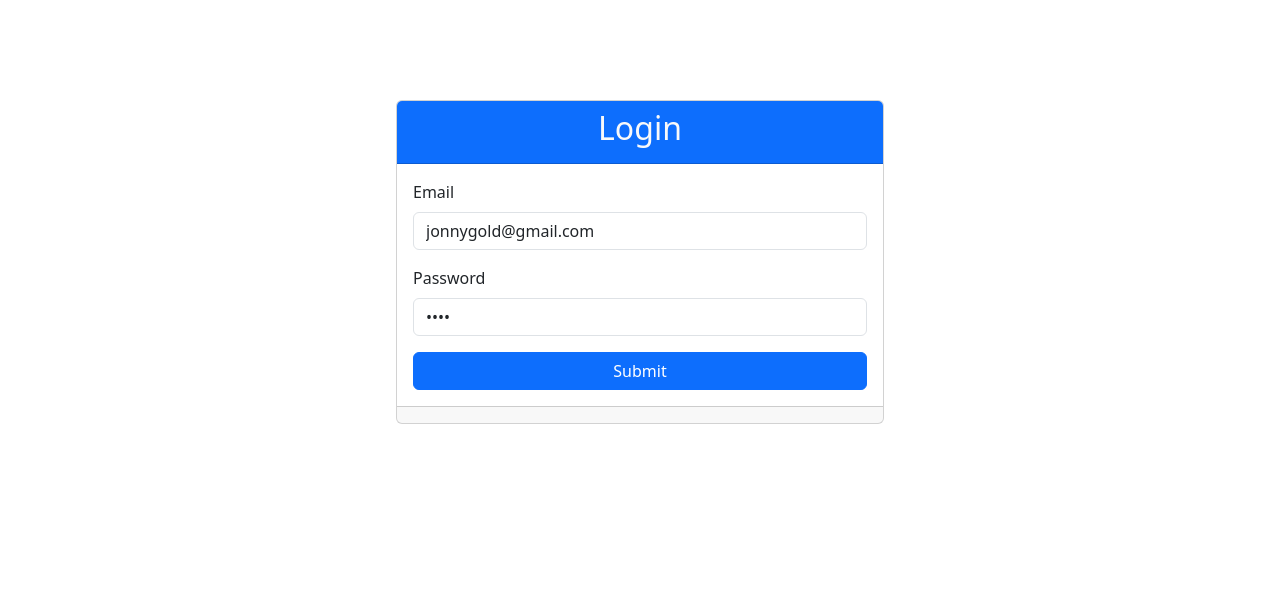
Repository: trider/react-task-manager
Page: /
An editor plug-in stored every save of this project. The page is shown before and after the next save, followed by the edit.
The browser window is 1280 px wide. The pictures show the whole page.
The project was rebuilt for these pictures with package versions that can differ from the ones it lists, and the page was loaded fresh each time. Also part of the build but not shown: src/App.css, src/components/Navigation.js, src/data/_Tasks.js, src/data/_Cols.js, src/pages/Task.js.

Above is the page before, as saved 2024-05-07 17:57:05.

After the next save:
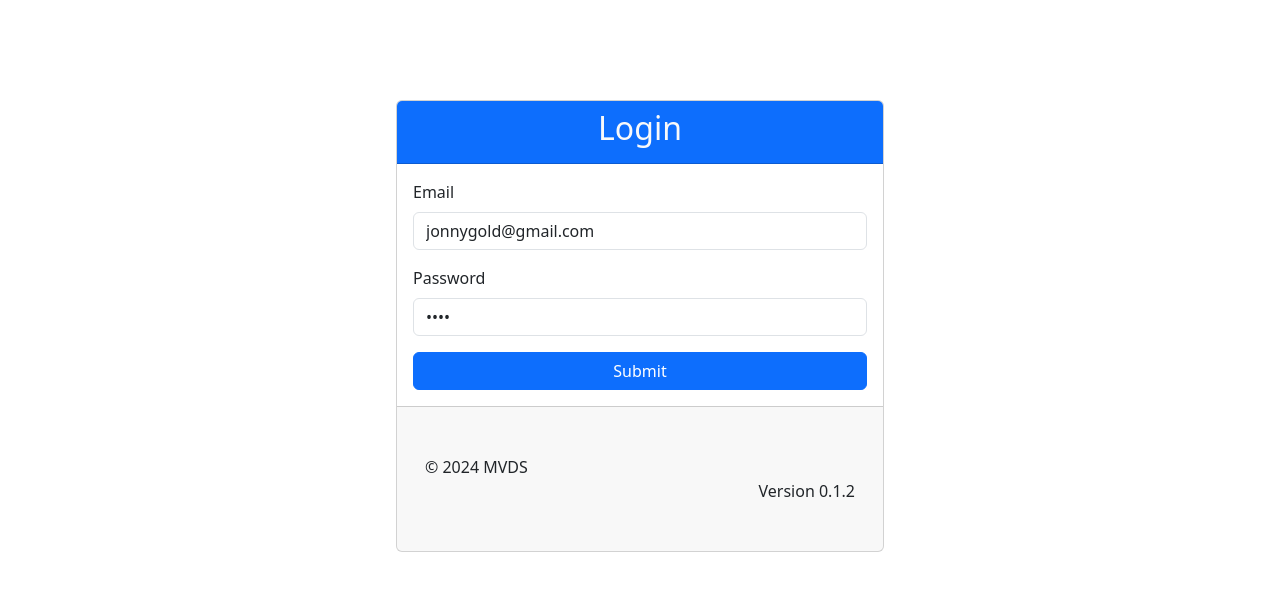
Saved 17 s later.
--- a/src/pages/Login.js
+++ b/src/pages/Login.js
@@ -80,7 +80,9 @@ const LoginForm = () => {
             <FormBody />
 
           </Card.Body>
-         <Card.Footer></Card.Footer>
+         <Card.Footer>
+          <Footer />
+         </Card.Footer>
         </Card>
 
       </Container>
